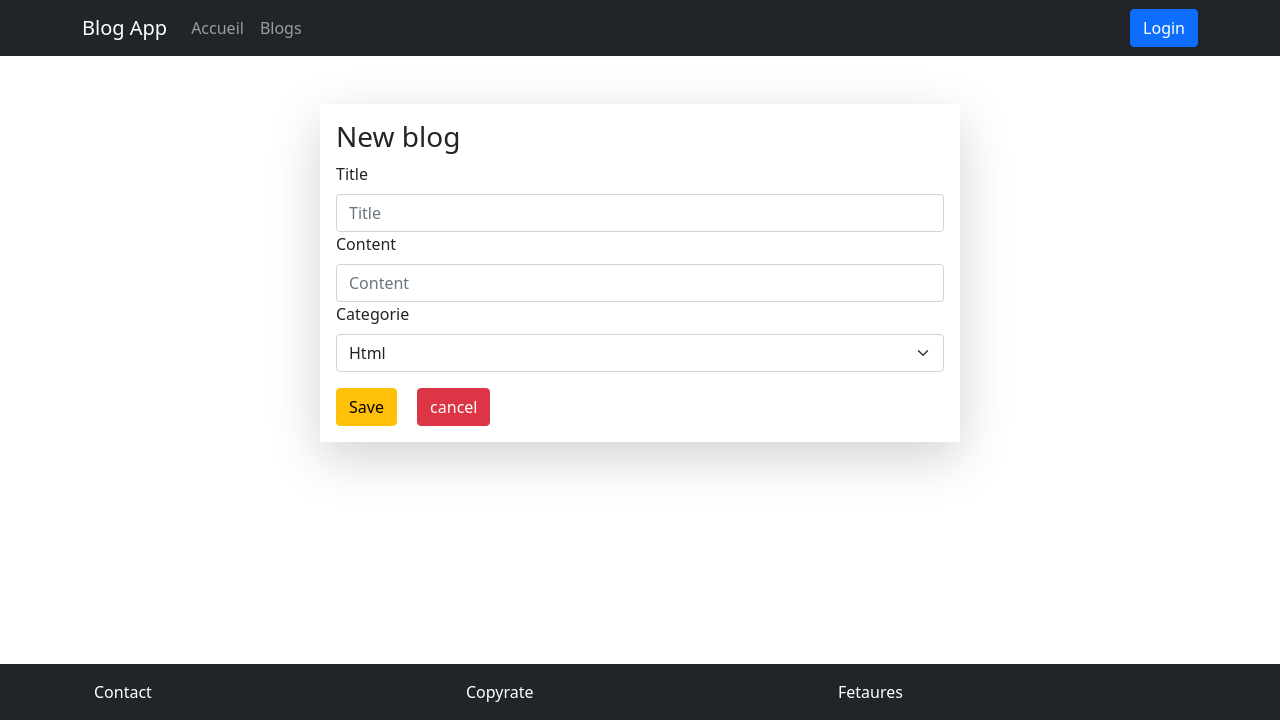
Repository: FS-23/laravel-blog-app
Page: http://localhost/blog/create
The author's editor kept a copy of each file at every save. The page is drawn from the files as they stood at one save, then again after the next save.
The browser window is 1280 px wide. The pictures show the whole page.
The page is served by the project's Laravel application, run on PHP 8.4 with Laravel 9.

Above is the page before, as saved 2022-06-07 14:10:04.

After the next save:
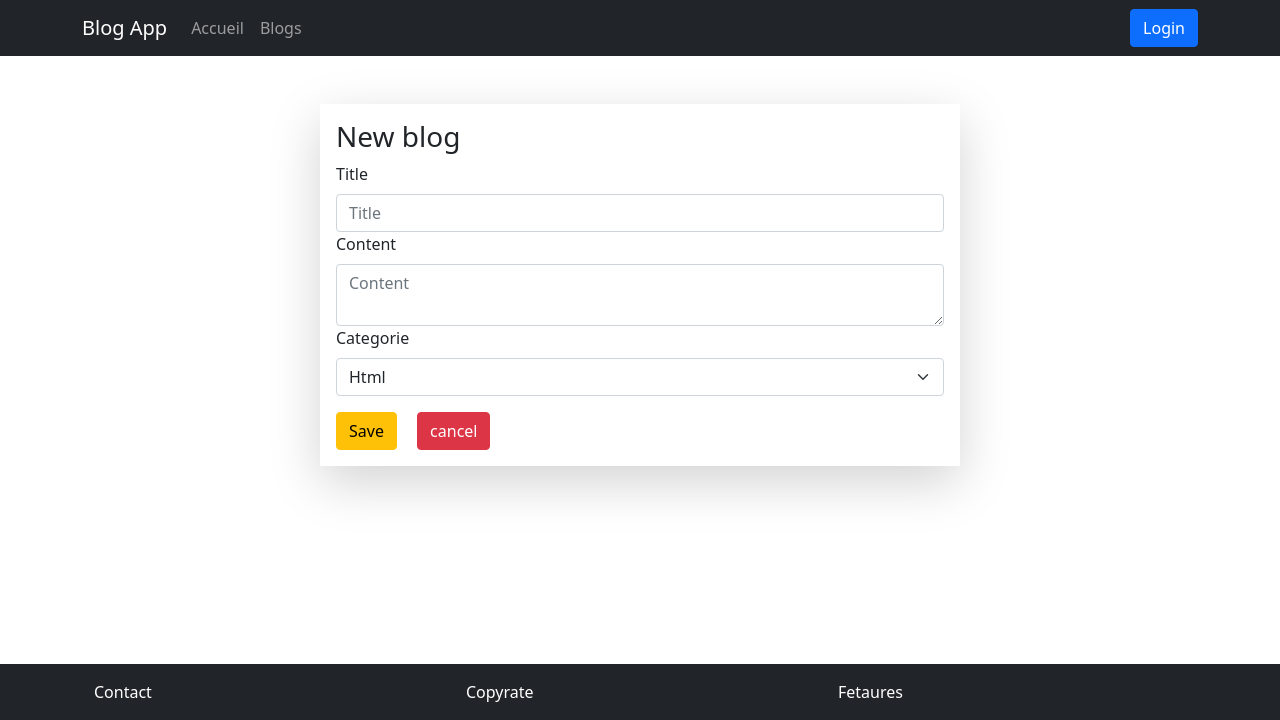
Saved 60 s later.
--- a/BlogApp/resources/views/blog/create.blade.php
+++ b/BlogApp/resources/views/blog/create.blade.php
@@ -11,7 +11,7 @@
         </div>
         <div class="form-group">
             <label class="form-label" for="">Content</label>
-            <input class="form-control" name = "content" placeholder="Content" type="text">
+            <textarea class="form-control" name = "content" placeholder="Content" type="text"></textarea>
         </div>
         <div class="form-group">
             <label class="form-label" for="">Categorie</label>
